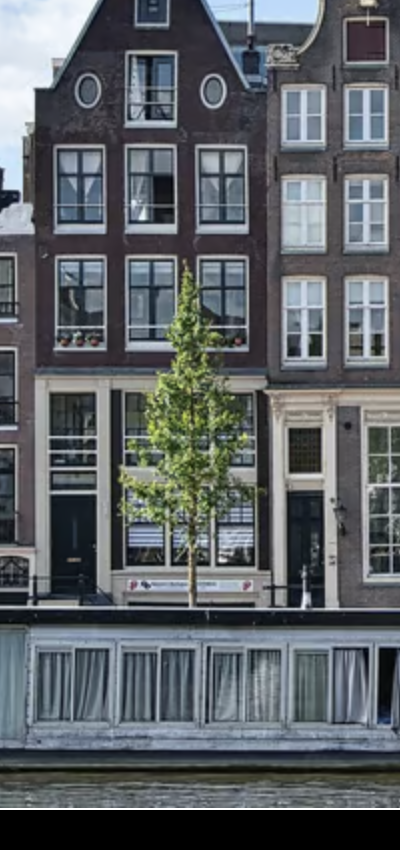
Repository: Ehye-tech/CloudResize
Script's output: python CloudResizeApp/cloudResize.py
The author's editor kept a copy of each file at every save. The script's output is drawn from the files as they stood at one save, then again after the next save.
Random numbers start from a fixed seed. It also reads CloudResizeApp/buildings.jpg.

Above is the script's output before, as saved 2024-08-10 11:58:01.

### CloudResizeApp/cloudResize.py
from PIL import Image
filename = "buildings.jpg"
with Image.open(filename) as img:
    img.load()
type(img)
# regenerate imgs
# img.show()

# for logs
# print(isinstance(img, Image.Image))
# img.format
# img.size
# img.mode

cropped = img.crop((300,150,700,1000))
cropped.show()

After the next save:
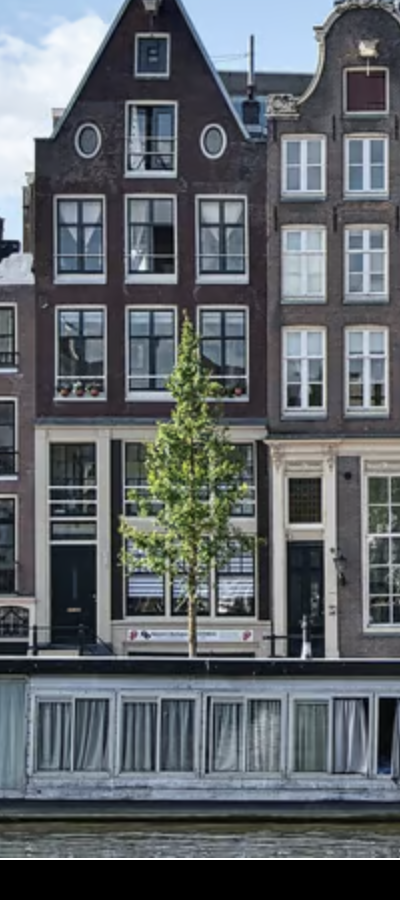
Saved 18 s later.
--- a/CloudResizeApp/cloudResize.py
+++ b/CloudResizeApp/cloudResize.py
@@ -12,5 +12,5 @@ type(img)
 # img.size
 # img.mode
 
-cropped = img.crop((300,150,700,1000))
+cropped = img.crop((300,100,700,1000))
 cropped.show()
